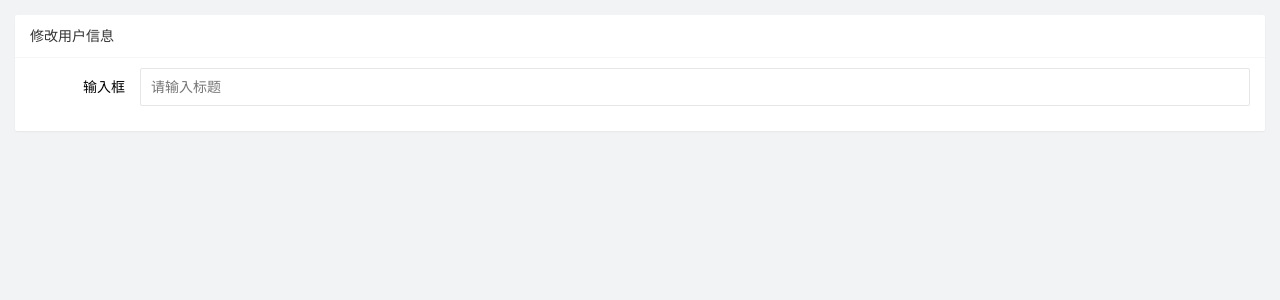
Repository: keyboying1/web_bigevent
Page: user/user_info.html
These files come from the project's save history. The page is drawn as it stood at one moment and after the next save; the edit follows.
The browser window is 1280 px wide. The pictures show the whole page.

Above is the page before, as saved 2022-11-19 16:43:25.

After the next save:
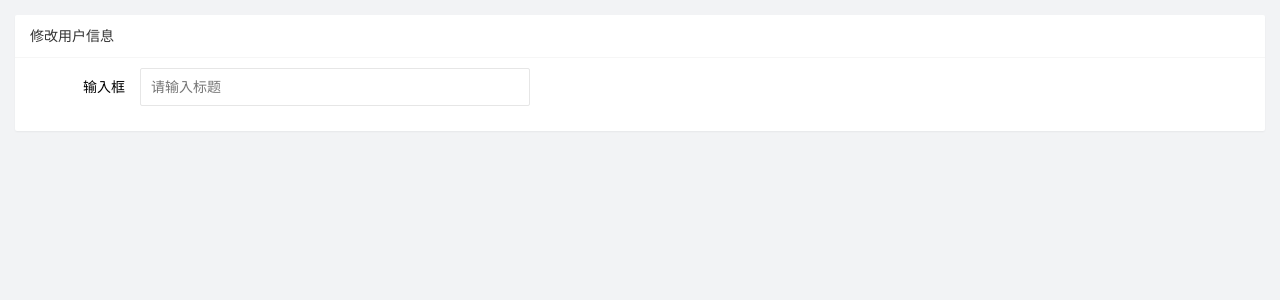
Saved 28 s later.
--- a/assets/css/user/user_info.css
+++ b/assets/css/user/user_info.css
@@ -8,6 +8,6 @@ body {
     padding: 15px;
 
 }
-.layui-for{
+.layui-form {
     width: 500px;
 }
